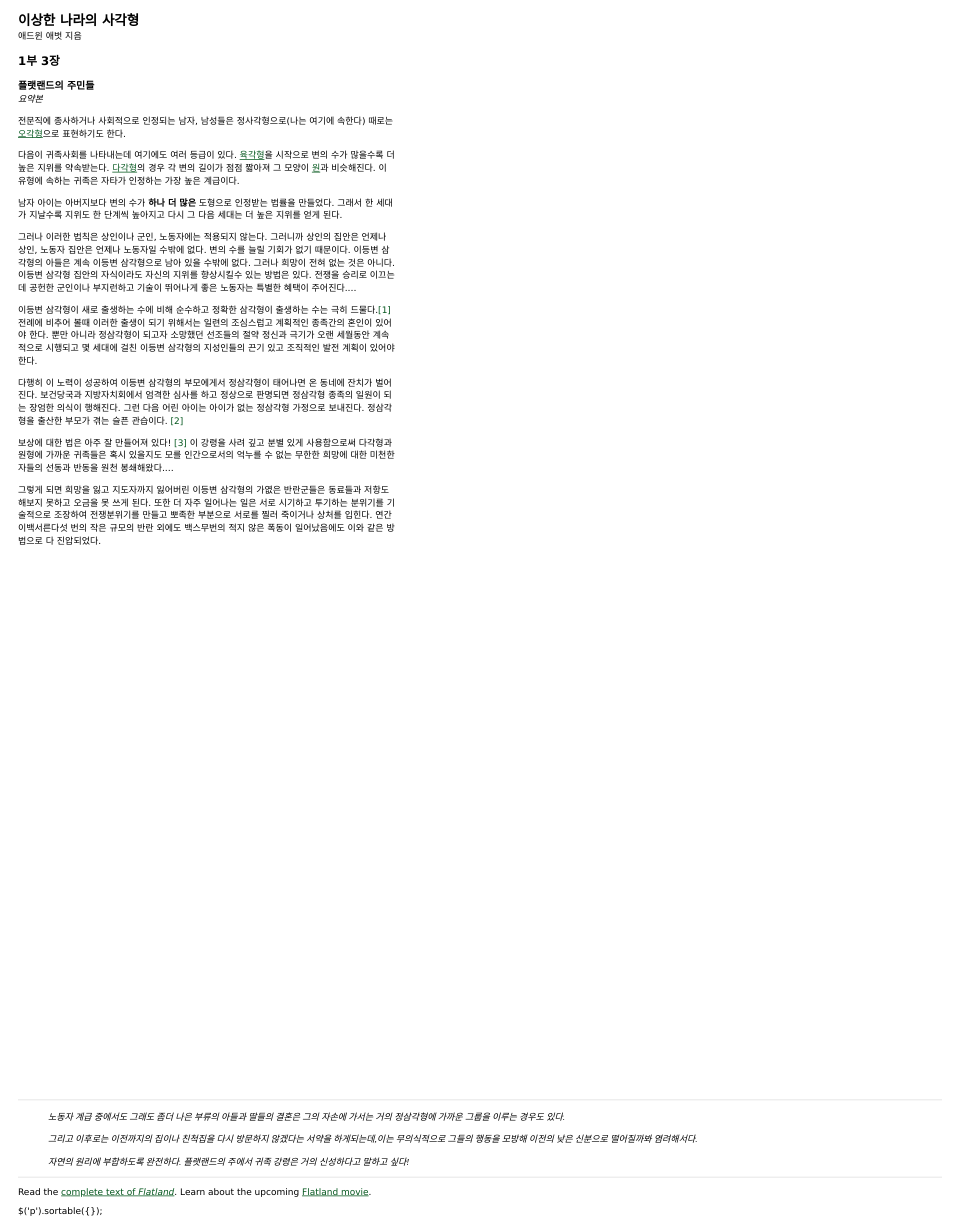
Repository: RyuJelly/211
Page: java_web/jQuery/WebContent/chap05/index.html
The author's editor kept a copy of each file at every save. The page is drawn from the files as they stood at one save, then again after the next save.
The browser window is 1280 px wide. The pictures show the whole page, at 75% of full size.

Above is the page before, as saved 2021-03-17 03:02:40.

### java_web/jQuery/WebContent/chap05/index.html
<!DOCTYPE html PUBLIC "-//W3C//DTD XHTML 1.0 Strict//EN"
    "http://www.w3.org/TR/xhtml1/DTD/xhtml1-strict.dtd">

<html xmlns="http://www.w3.org/1999/xhtml" xml:lang="en" lang="en">
<head>
  <meta http-equiv="Content-Type" content="text/html; charset=utf-8" />

  <title>DOM Manipulation</title>
<script src="jquery.js" type="text/javascript">
</script>
<script src="jquery-ui.min.js" type="text/javascript"></script>
  <link rel="stylesheet" href="flatland.css" type="text/css" media="screen" />
<script type="text/javascript" src="flatland.js">
</script>
  <link rel="stylesheet" href="flatland.css" type="text/css" media="screen" />

</head>

<body>
  <div id="container">

<!-- Begin example  -->

<h1 id="f-title">이상한 나라의 사각형</h1>
<div id="f-author">애드윈 애벗 지음</div>
<h2>1부 3장</h2>
<h3 id="f-subtitle">플랫랜드의 주민들</h3>
<div id="excerpt">요약본</div>

<div class="chapter">
  <p class="square">전문직에 종사하거나 사회적으로 인정되는 남자, 남성들은 정사각형으로(나는 여기에 속한다) 때로는 <a href="http://en.wikipedia.org/wiki/pentagon">오각형</a>으로 표현하기도 한다.</p>


  <p class="nobility hexagon">다음이 귀족사회를 나타내는데 여기에도 여러 등급이 있다. <a href="http://en.wikipedia.org/wiki/hexagon">육각형</a>을 시작으로 변의 수가 많을수록 더 높은 지위를 약속받는다. <a href="http://en.wikipedia.org/wiki/polygon">다각형</a>의 경우 각 변의 길이가 점점 짧아져 그 모양이 <a href="http://en.wikipedia.org/wiki/circle">원</a>과 비슷해진다. 이 유형에 속하는 귀족은 자타가 인정하는 가장 높은 계급이다.</p>

  <p><span class="pull-quote">남자 아이는 <span class="drop">아버지보다</span> 변의 수가 <strong>하나 더 많은</strong> 도형으로 인정받는 법률을 만들었다.</span> 그래서 한 세대가 지날수록 지위도 한 단계씩 높아지고 다시 그 다음 세대는 더 높은 지위를 얻게 된다.</p>

  <p>그러나 이러한 법칙은 상인이나 군인, 노동자에는 적용되지 않는다. 그러니까 상인의 집안은 언제나 상인, 노동자 집안은 언제나 노동자일 수밖에 없다. 변의 수를 늘릴 기회가 없기 때문이다. 이등변 삼각형의 아들은 계속 이등변 삼각형으로 남아 있을 수밖에 없다. 그러나 희망이 전혀 없는 것은 아니다. 이등변 삼각형 집안의 자식이라도 자신의 지위를 향상시킬수 있는 방법은 있다. 전쟁을 승리로 이끄는데 공헌한 군인이나 부지런하고 기술이 뛰어나게 좋은 노동자는 특별한 혜택이 주어진다.…</p>


  <p>이등변 삼각형이 새로 출생하는 수에 비해 순수하고 정확한 삼각형이 출생하는 수는 극히 드물다.<span class="footnote">노동자 계급 중에서도 그래도 좀더 나은 부류의 아들과 딸들의 결혼은 그의 자손에 가서는 거의 정삼각형에 가까운 그룹을 이루는 경우도 있다.</span> 전례에 비추어 볼때 이러한 출생이 되기 위해서는 일련의 조심스럽고 계획적인 종족간의 혼인이 있어야 한다. 뿐만 아니라 정삼각형이 되고자 소망했던 선조들의 절약 정신과 극기가 오랜 세월동안 계속적으로 시행되고 몇 세대에 걸친 이등변 삼각형의 지성인들의 끈기 있고
조직적인 발전 계획이 있어야 한다.</p>

  <p><span class="pull-quote">다행히 이 노력이 성공하여 이등변 삼각형의 부모에게서 정삼각형이 태어나면 온 동네에 <span class="drop">잔치가 벌어진다</span>.</span> 보건당국과 지방자치회에서 엄격한 심사를 하고 정상으로 판명되면 정삼각형 종족의 일원이 되는 장엄한 의식이 행해진다. 그런 다음 어린 아이는 아이가 없는 정삼각형 가정으로 보내진다. 정삼각형을 출산한 부모가 겪는 슬픈 관습이다. <span class="footnote">그리고 이후로는 이전까지의 집이나 친척집을 다시 방문하지 않겠다는 서약을 하게되는데,이는 무의식적으로 그들의
행동을 모방해 이전의 낮은 신분으로 떨어질까봐 염려해서다.</span></p>

  <p>보상에 대한 법은 아주 잘 만들어져 있다! <span class="footnote">자연의 원리에 부합하도록 완전하다. 플랫랜드의 주에서 귀족 강령은 거의 신성하다고 말하고 싶다!</span> 이 강령을 사려 깊고 분별 있게 사용함으로써 다각형과 원형에 가까운 귀족들은 혹시 있을지도 모를 인간으로서의 억누를 수 없는 무한한 희망에 대한 미천한 자들의 선동과 반동을 원천 봉쇄해왔다.…</p>

  <p>그렇게 되면 희망을 잃고 지도자까지 잃어버린 이등변 삼각형의 가엾은 반란군들은 동료들과 저항도 해보지 못하고 오금을 못 쓰게 된다. 또한 더 자주 일어나는 일은 서로 시기하고 투기하는 분위기를 기술적으로 조장하여 전쟁분위기를 만들고 뽀족한 부분으로 서로를 찔러 죽이거나 상처를 입힌다. 연간 이백서른다섯 번의 작은 규모의 반란 외에도 백스무번의 적지 않은 폭동이 일어났음에도 이와 같은 방법으로 다 진압되었다.</p>
</div>
<br/><br/><br/><br/><br/><br/><br/><br/><br/><br/><br/><br/><br/><br/><br/><br/><br/>
<br/><br/><br/><br/><br/><br/><br/><br/><br/><br/><br/><br/><br/><br/><br/><br/><br/>
<br/><br/><br/><br/><br/><br/><br/><br/><br/><br/><br/><br/><br/><br/><br/><br/><br/>
<div id="footer">
  <p>Read the <a href="http://web.archive.org/web/20050208012252/http://www.ibiblio.org/eldritch/eaa/FL.HTM">complete text of <i>Flatland</i></a>. Learn about the upcoming <a href="http://www.flatlandthemovie.com/">Flatland movie</a>.</p>
</div>
$('p').sortable({});

  </div>
</body>
</html>

### java_web/jQuery/WebContent/chap05/flatland.css
/***************************************
   =default styles
************************************** */

html, body {
  margin: 0;
  padding: 0;
}

body {
  font: 62.5% Verdana, Helvetica, Arial, sans-serif;
  color: #000;
  background: #fff;
}
#container {
  font-size: 1.2em;
  margin: 10px 2em;
}

h1 {
  font-size: 2.5em;
  margin-bottom: 0;
}

h2 {
  font-size: 1.3em;
  margin-bottom: .5em;
}
h3 {
  font-size: 1.1em;
  margin-bottom: 0;
}

code {
  font-size: 1.2em;
}

a {
  color: #06581f;
}
/***************************************
=Aslett Clearing Method for floats
************************************** */
.clear-after:after {
  content: ".";
  display: block;
  height: 0;
  clear: both;
  visibility: hidden;
  }
.clear-after {display: inline-block;}
/* backslash hack hides from IE Mac \*/
	* html .clear-after {height: 1%;}
	.clear-after {display: block;}
/* end backslash hack */

/***************************************
   =Chapter 5 styles
************************************** */

.chapter {
  width: 42em;
}
#f-title {
  font-size: 1.5em;
}
#excerpt {
  font-style: italic;
}

/* -----------------------------------
   =FOOTNOTES
-------------------------------------- */

span.footnote {
  font-style: italic;
  font-family: "Times New Roman", Times, serif;
  display: block;
  margin: 1em 0;
}

.chapter span.footnote {
  display: inline;
}
.text-reference {
  font-weight: bold;
}
#notes li {
 margin: 1em 0;
}

#notes {
  margin-top: 1em;
  border-top: 1px solid #dedede;
}
#footer {
  margin-top: 1em;
  border-top: 1px solid #dedede;
}

/* -----------------------------------
   =SIMPLE PULL-QUOTE
-------------------------------------- */
/*
.pulled {
  background: #e5e5e5;
  position: absolute;
  width: 145px;
  top: -20px;
  right: -180px;
  padding: 12px 5px 12px 10px;
  font: italic 1.4em "Times New Roman", Times, serif;
}
*/
/* -----------------------------------
   =PULL-QUOTE WITH ROUNDED CORNERS AND DROP SHADOWS
-------------------------------------- */


.pulled-wrapper {
  background: url(pq-top.jpg) no-repeat left top;
  position: absolute;
  width: 160px;
  right: -180px;
  padding-top: 18px;
}
.pulled {
  background: url(pq-bottom.jpg) no-repeat left bottom;
  position: relative;
  display: block;
  width: 140px;
  padding: 0 10px 24px 10px;
  font: italic 1.4em "Times New Roman", Times, serif;
}

### java_web/jQuery/WebContent/chap05/flatland.js
$(function(){
	$('<ol id="notes"></ol>').insertBefore($('#footer'));

	$('span.footnote').each(function(i){
		$(this).before('<a id="context-' + (i+1) + '">[' + (i+1) + ']</a>').appendTo('#notes')
	});

});

Loaded but not shown: java_web/jQuery/WebContent/chap05/jquery.js (library); java_web/jQuery/WebContent/chap05/jquery-ui.min.js (library)

After the next save:
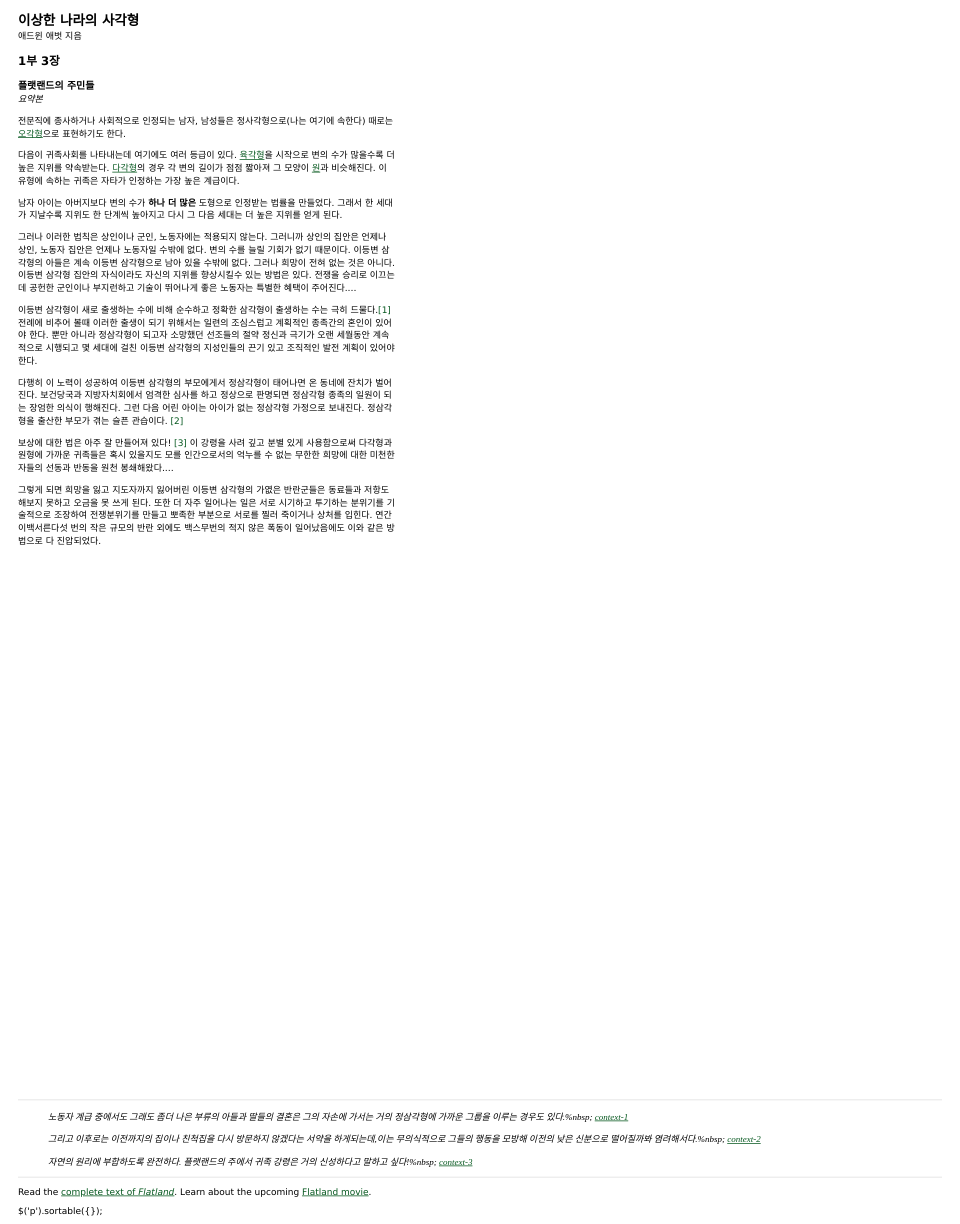
Saved 3 min 38 s later.
--- a/java_web/jQuery/WebContent/chap05/flatland.js
+++ b/java_web/jQuery/WebContent/chap05/flatland.js
@@ -2,7 +2,9 @@ $(function(){
 	$('<ol id="notes"></ol>').insertBefore($('#footer'));
 
 	$('span.footnote').each(function(i){
-		$(this).before('<a id="context-' + (i+1) + '">[' + (i+1) + ']</a>').appendTo('#notes')
+		$(this).before('<a id="context-' + (i+1) + '">[' + (i+1) + ']</a>')
+			.appendTo('#notes')
+			.append('%nbsp; <a href="#context-' + (i+1) + '">context-' + (i+1) + '</a>')
 	});
 
 });
